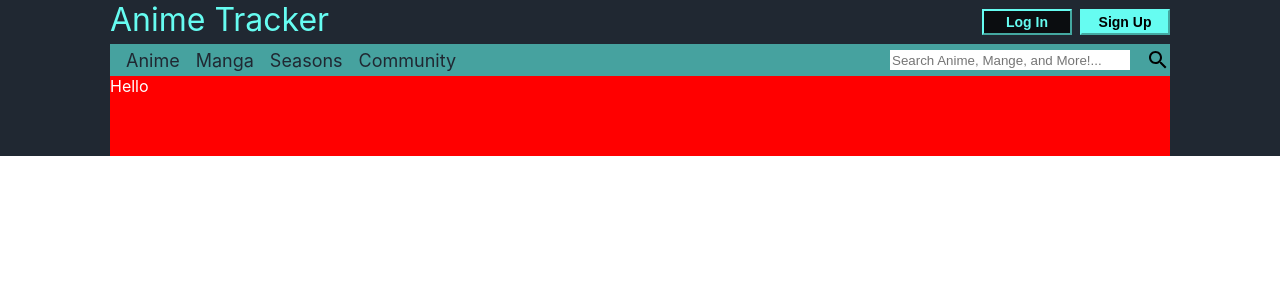
Repository: byoon97/anime-tracker
Page: /
An editor plug-in stored every save of this project. The page is shown before and after the next save, followed by the edit.
The browser window is 1280 px wide. The pictures show the whole page.
The page's requests for data from a server got no answer. The project was rebuilt for these pictures with package versions that can differ from the ones it lists, and the page was loaded fresh each time. The framework's server and built-in components were replaced by stand-ins that run in the browser. No one was signed in, and anything a server would have sent is missing. Also part of the build but not shown: next.config.js.

Above is the page before, as saved 2021-08-29 00:04:57.

After the next save:
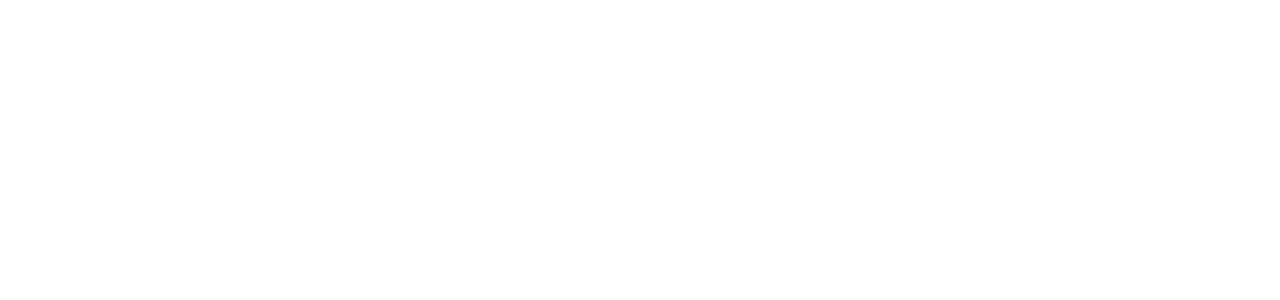
Saved 38 s later.
--- a/pages/index.js
+++ b/pages/index.js
@@ -14,22 +14,23 @@
   background-color: rgb(32, 40, 50);
 `;
 
-// export const getStaticProps = async () => {
-//   //we can use await here because it is an asynchronous function
-//   const res = await fetch(
-//     "https://kitsu.io/api/edge/anime/?filter%5Bseason%5D=summer"
-//   );
+export const getStaticProps = async () => {
+  //we can use await here because it is an asynchronous function
+  const res = await fetch(
+    "https://kitsu.io/api/edge/anime/?filter%5Bseason%5D=summer"
+  );
 
-//   //turning the response into a json object
-//   const anime = await res.json();
+  //turning the response into a json object
+  const seasonal = await res.json();
 
-//   return {
-//     props: { anime: anime.data },
-//   };
-// };
+  return {
+    props: { seasonal: seasonal.data },
+  };
+};
 
 //we can destructure our props into { anime }
-export default function Home() {
+export default function Home({ seasonal }) {
+  console.log(seasonal);
   return (
     <Container>
       <Header />

After the save that followed:
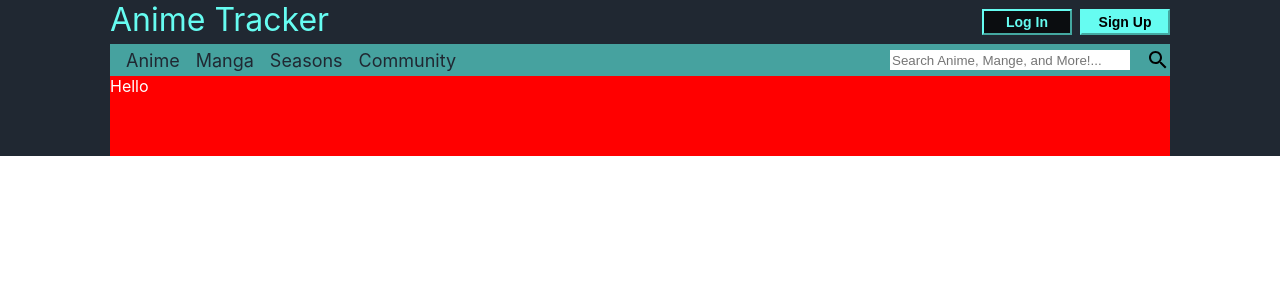
Saved 14 min 4 s later.
--- a/pages/index.js
+++ b/pages/index.js
@@ -14,23 +14,8 @@
   background-color: rgb(32, 40, 50);
 `;
 
-export const getStaticProps = async () => {
-  //we can use await here because it is an asynchronous function
-  const res = await fetch(
-    "https://kitsu.io/api/edge/anime/?filter%5Bseason%5D=summer"
-  );
-
-  //turning the response into a json object
-  const seasonal = await res.json();
-
-  return {
-    props: { seasonal: seasonal.data },
-  };
-};
-
 //we can destructure our props into { anime }
-export default function Home({ seasonal }) {
-  console.log(seasonal);
+export default function Home() {
   return (
     <Container>
       <Header />
